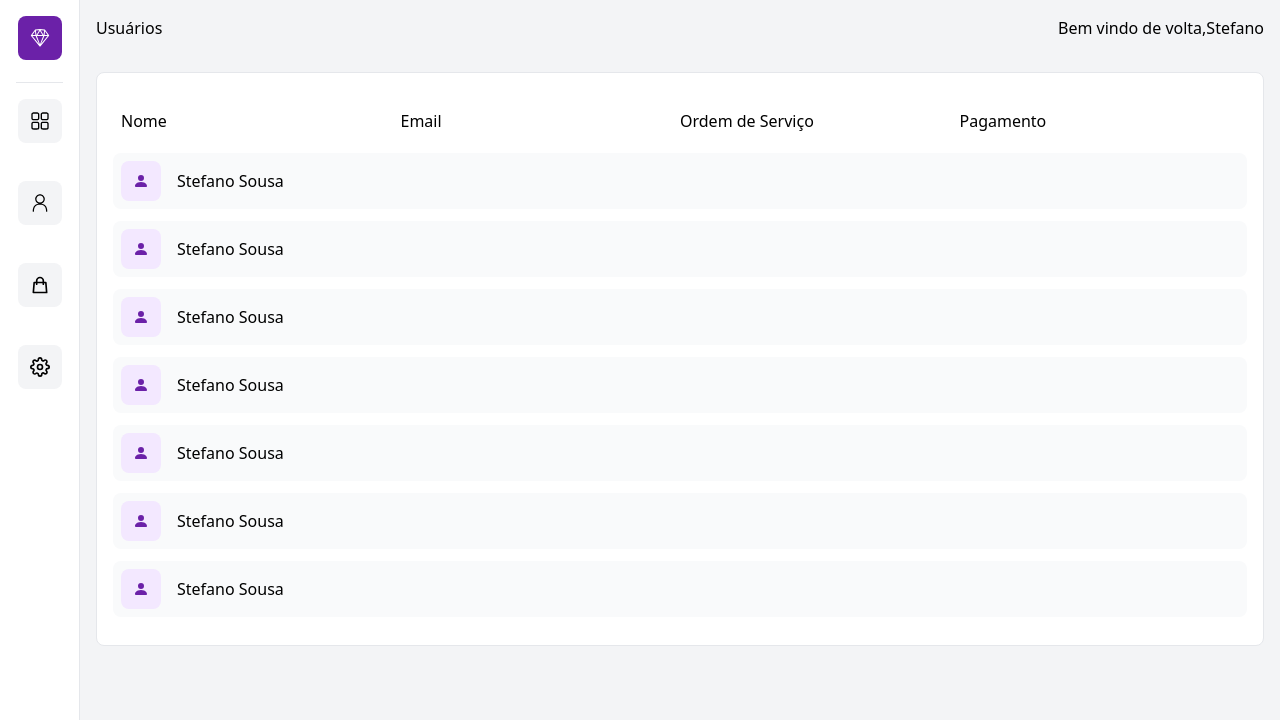
Repository: stefanosousaa/dashboard-next13
Page: /costumers
An editor plug-in stored every save of this project. The page is shown before and after the next save, followed by the edit.
The browser window is 1280 px wide. The pictures show the whole page.
The project was rebuilt for these pictures with package versions that can differ from the ones it lists, and the page was loaded fresh each time. The framework's server and built-in components were replaced by stand-ins that run in the browser. Also part of the build but not shown: next.config.js.

Above is the page before, as saved 2023-05-16 19:31:27.

### pages/_app.js
import Sidebar from '@/components/Sidebar'
import '@/styles/globals.css'

export default function App({ Component, pageProps }) {
  return (
    <Sidebar>
        <Component {...pageProps} />
    </Sidebar>

  )
}

### pages/costumers.jsx
import React from 'react'
import {BsPersonFill, BsThreeDotsVertical} from 'react-icons/bs'
import {data} from '../data/data.js'

const costumers = () => {
  return (
    <div className='bg-gray-100 min-h-screen'>
        <div className='flex justify-between p-4'>
            <h2>Usuários</h2>
            <h2>Bem vindo de volta,Stefano</h2>
        </div>
        <div className='p-4'>
            <div className='w-full m-auto p-4 border rounded-lg bg-white overflow-y-auto'>
              <div className='my-3 p-2 grid md:grid-cols-4 sm:grid-cols-3 grid-cols-2 items-center justify-between cursor-pointer'>
                <span>Nome</span>
                <span className='sm:text-left text-right'>Email</span>
                <span className='hidden md:grid'>Ordem de Serviço</span>
                <span className='hidden sm:grid'>Pagamento </span>
              </div>
              <ul>
                {data.map((order,id) => (
                    <li key={id} className='bg-gray-50 hover:bg-gray-100 rounded-lg my-3 p-2 grid md:grid-cols-4 sm:grid-cols-3 grid-cols-2 items-center justify-between cursor-pointer'>
                      <div className='flex items-center'>
                          <div className='bg-purple-100 p-3 rounded-lg'>
                             <BsPersonFill className='text-purple-800'/>
                           </div>
                           <p className='pl-4'>{order.name.first + ' ' + order.name.last}</p>
                      </div>

                    </li>
                ))}
              </ul>
            </div>
        </div>
    </div>
  )
}

export default costumers

### components/Sidebar.jsx
import Link from 'next/link'
import Image from 'next/image'
import React from 'react'
import {RxSketchLogo,RxDashboard, RxPerson} from 'react-icons/rx'
import {FiSettings} from 'react-icons/fi'
import {HiOutlineShoppingBag} from 'react-icons/hi'

const Sidebar = ({children}) => {
  return (
    <div className='flex'>
        <div className='fixed w-20 h-screen p-4 bg-white border-r-[1px] flex flex-col justify-between'>
        <div className='flex flex-col items-center'>

          <Link href='/'>
            <div className='bg-purple-800 text-white p-3 rounded-lg inline-block'>
              <RxSketchLogo size={20}/>
            </div>
          </Link>
          <span className='border-b-[1px] border-gray-200 w-full p-2'></span>
          <Link href='/'>
            <div className='bg-gray-100 hover:bg-gray-200 cursor-pointer my-4 p-3 rounded-lg inline-block'>
              <RxDashboard size={20}/>
            </div>
          </Link>
          <Link href='/costumers'>
            <div className='bg-gray-100 hover:bg-gray-200 cursor-pointer my-4 p-3 rounded-lg inline-block'>
              <RxPerson size={20}/>
            </div>
          </Link>
          <Link href='/orders'>
            <div className='bg-gray-100 hover:bg-gray-200 cursor-pointer my-4 p-3 rounded-lg inline-block'>
              <HiOutlineShoppingBag size={20}/>
            </div>
          </Link>
          <Link href='/'>
            <div className='bg-gray-100 hover:bg-gray-200 cursor-pointer my-4 p-3 rounded-lg inline-block'>
              <FiSettings size={20}/>
            </div>
          </Link>
        </div>
        </div>

        <main className='ml-20 w-full'>{children}</main>
    </div>
  )
}

export default Sidebar

### data/data.js
export const data = [
    {
        id:1,
        name: {
            first: 'Stefano',
            last: 'Sousa',
        },
        total: 2147.00,
        status: 'On Hold',
        method: 'PayPal',
        date: '15 minutos atrás',
    },
    {
        id:2,
        name: {
            first: 'Stefano',
            last: 'Sousa',
        },
        total: 2147.00,
        status: 'On Hold',
        method: 'PayPal',
        date: '15 minutos atrás',
    },
    {
        id:3,
        name: {
            first: 'Stefano',
            last: 'Sousa',
        },
        total: 2147.00,
        status: 'On Hold',
        method: 'PayPal',
        date: '15 minutos atrás',
    },
    {
        id:4,
        name: {
            first: 'Stefano',
            last: 'Sousa',
        },
        total: 2147.00,
        status: 'On Hold',
        method: 'PayPal',
        date: '15 minutos atrás',
    },
    {
        id:5,
        name: {
            first: 'Stefano',
            last: 'Sousa',
        },
        total: 2147.00,
        status: 'On Hold',
        method: 'PayPal',
        date: '15 minutos atrás',
    },
    {
        id:6,
        name: {
            first: 'Stefano',
            last: 'Sousa',
        },
        total: 2147.00,
        status: 'On Hold',
        method: 'PayPal',
        date: '15 minutos atrás',
    },
    {
        id:7,
        name: {
            first: 'Stefano',
            last: 'Sousa',
        },
        total: 2147.00,
        status: 'On Hold',
        method: 'PayPal',
        date: '15 minutos atrás',
    },
]

Loaded but not shown: pages/_document.js (common file); pages/api/hello.js (common file); styles/globals.css (common file); tailwind.config.js (common file)

After the next save:
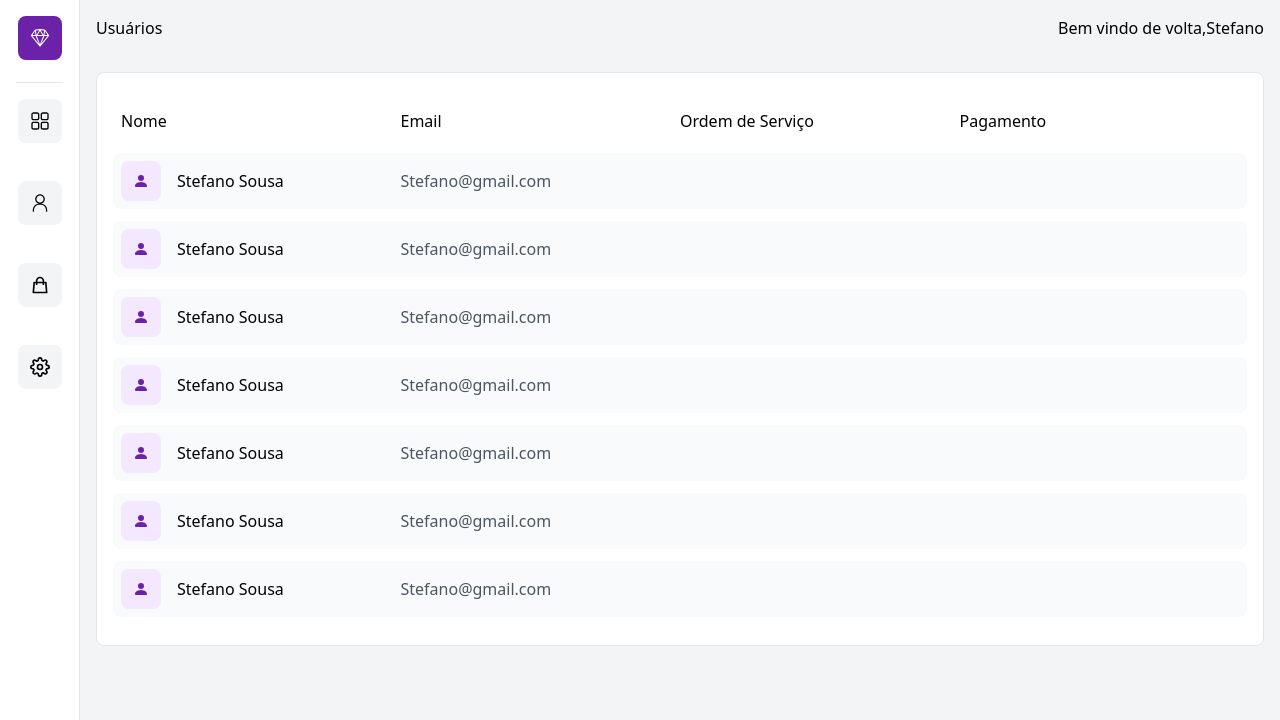
Saved 117 s later.
--- a/pages/costumers.jsx
+++ b/pages/costumers.jsx
@@ -26,6 +26,7 @@ const costumers = () => {
                            </div>
                            <p className='pl-4'>{order.name.first + ' ' + order.name.last}</p>
                       </div>
+                      <p className='text-gray-600 sm:text-left text-right'>{order.name.first}@gmail.com</p>
 
                     </li>
                 ))}
